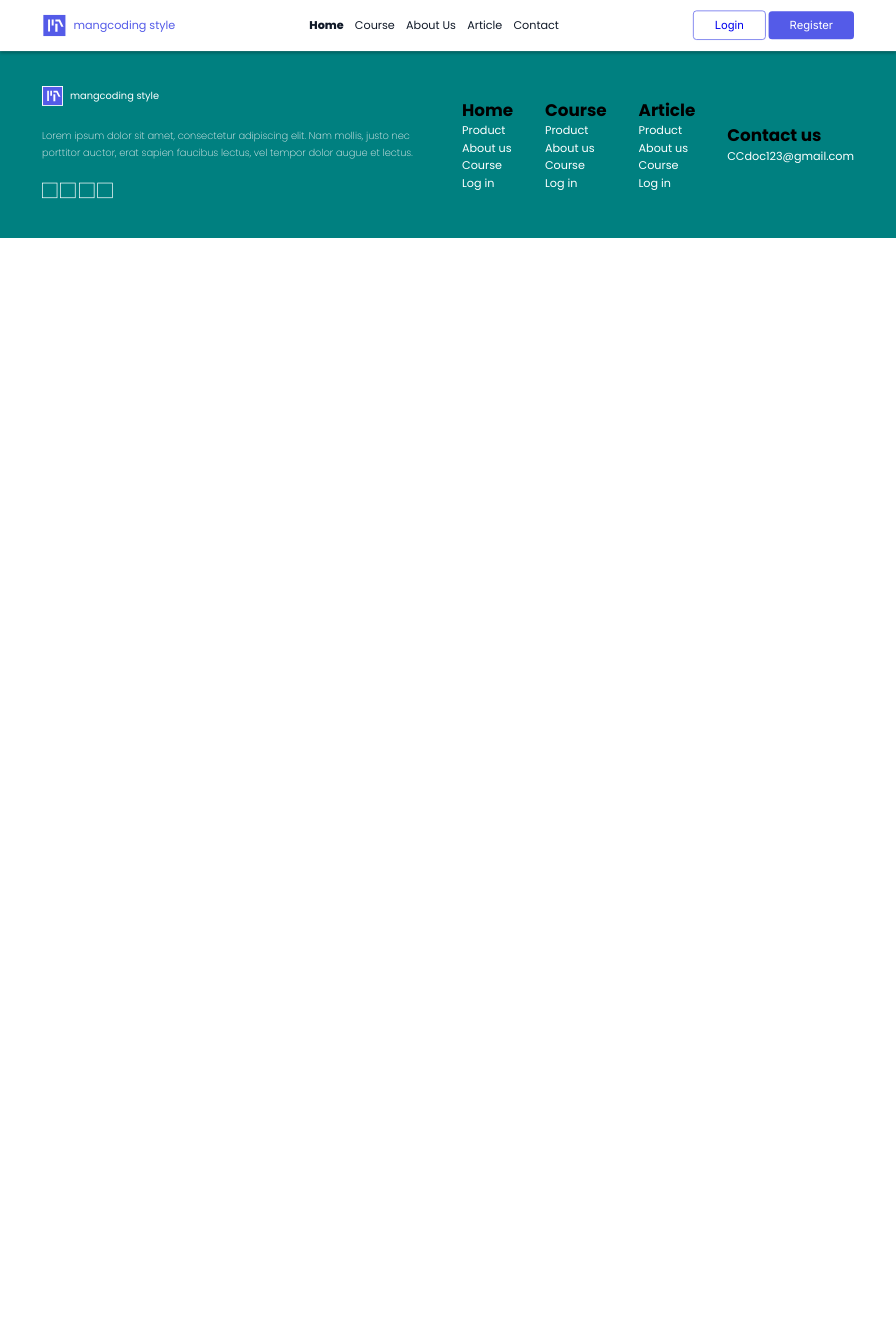
Repository: Dania-Alqam/landing-page
Page: index.html
The author's editor kept a copy of each file at every save. The page is drawn from the files as they stood at one save, then again after a run of saves.
The browser window is 1280 px wide. The pictures show the part of the page from y = 0 to 1920 px (the page is 5000 px tall), at 70% of full size.

Above is the page before, as saved 2024-06-22 00:03:39.

### index.html
<!DOCTYPE html>
<html lang="en">
  <head>
    <meta charset="UTF-8" />
    <meta name="viewport" content="width=device-width, initial-scale=1.0" />
    <title>Document</title>
    <link rel="stylesheet" href="./assests/css/main.css" />
  </head>
  <body>
    <header class="header">
      <div class="container">
        <div class="row">
          <div class="logo">
            <img src="./assests/images/public/Logo.svg" alt="logo" />
            <a href="#">mangcoding style</a>
          </div>
          <nav class="nav">
            <ul>
              <li>
                <a href="#" class="active">Home</a>
              </li>
              <li>
                <a href="#">Course</a>
              </li>
              <li>
                <a href="#">About Us</a>
              </li>
              <li>
                <a href="#">Article</a>
              </li>
              <li>
                <a href="#">Contact</a>
              </li>
            </ul>
          </nav>
          <div class="auth">
            <a href="#">Login</a>
            <a href="#">Register</a>
          </div>
        </div>
      </div>
    </header>

    <footer class="footer">
      <div class="container">
        <div class="row">
          <div class="footer-start">
            <div class="logo">
              <img src="./assests/images/public/Logo.svg" alt="logo" />
              <a href="#">mangcoding style</a>
            </div>
            <p>
              Lorem ipsum dolor sit amet, consectetur adipiscing elit. Nam
              mollis, justo nec porttitor auctor, erat sapien faucibus lectus,
              vel tempor dolor augue et lectus.
            </p>
            <div class="icons">
              <a href="#"><img src="./assests/images/public/facebok.svg" /></a>
              <a href="#"
                ><img src="./assests/images/public/instagram.svg"
              /></a>
              <a href="#"><img src="./assests/images/public/linkedin.svg" /></a>
              <a href="#"><img src="./assests/images/public/twitter.svg" /></a>
            </div>
          </div>
          <div class="footer-end">
            <div class="row">
              <div class="footer-item">
                <h2>
                    Home
                </h2>
                <ul>
                    <li>
                        <a href="#">Product</a>
                    </li>
                    <li>
                        <a href="#">About us</a>
                    </li>
                    <li>
                        <a href="#">Course</a>
                    </li>
                    <li>
                        <a href="#">Log in</a>
                    </li>
                </ul>
              </div>
              <div class="footer-item">
                <h2>
                    Course
                </h2>
                <ul>
                    <li>
                        <a href="#">Product</a>
                    </li>
                    <li>
                        <a href="#">About us</a>
                    </li>
                    <li>
                        <a href="#">Course</a>
                    </li>
                    <li>
                        <a href="#">Log in</a>
                    </li>
                </ul>
              </div>
              <div class="footer-item">
                <h2>
                    Article
                </h2>
                <ul>
                    <li>
                        <a href="#">Product</a>
                    </li>
                    <li>
                        <a href="#">About us</a>
                    </li>
                    <li>
                        <a href="#">Course</a>
                    </li>
                    <li>
                        <a href="#">Log in</a>
                    </li>
                </ul>
              </div>
              <div class="footer-item">
                <h2>
                    Contact us
                </h2>
                <ul>
                    <li>
                        <a href="#">CCdoc123@gmail.com</a>
                    </li>

              </div>
            </div>
          </div>
        </div>
      </div>
    </footer>
  </body>
</html>

### assests/css/main.css
@import url(./public.css);

/* start header */
.header{
    /* it will not work becuase we added contianer so we add row*/
    /* display: flex; */
    position: sticky;
    top: 0;
    box-shadow: 0px 4px 4px rgba(0, 0, 0, 0.25);
    padding: 20px 0 ;
}

.nav ul{
    display: flex;
    flex-wrap: wrap;
    gap: 16px;
}
.header .logo{
    display: flex;
    flex-wrap: wrap;
    align-items: center;
    gap: 10px;
}
.header .logo img{
    width: 35px;
}

.header .logo a{
color: var(--mainColor);
}

.header .nav a{
    color: #101928;
}

.header .nav a:hover{
    color: var(--mainColor);
}
/* For the home bold*/
.active{
font-weight: 800;
}
/* common properities*/
.header .auth a{
    font-family: var(--subFont);
    padding: 10px 30px;
    border-radius: 5px;

}
.header .auth a:first-of-type{
    border: 1px solid var(--mainColor);
}
.header .auth a:last-of-type{
    background-color: var(--mainColor);
    color: white;
}
@media (max-width:900px) {
    .header .nav{
        display: none;
    }
}
/* end header */

/* start footer */
.footer{
    background-color: teal;
    padding: 50px 0;
}

.footer a{
    color: #fff;
}

.footer .footer-start,.footer .footer-end{
    width: calc((100% - 40px) / 2);
}

.footer .row{
    gap: 40px;
}

.footer .footer-start{
    display: flex;
    flex-direction: column;
    gap: 30px;
    flex-wrap: wrap
}

.footer .footer-start .logo{
    display: flex;
    flex-wrap: wrap;
    gap: 10px;
    align-items: center;
}
.footer .footer-start .logo img{
    width: 30px;
}
.footer .footer-start .logo a{
    font-size: 14px;
}
.footer .footer-start  p{
    color: #F4F4F4;
    line-height: 25px;
    font-size: 14px;
    font-weight: 200;
}
.footer .footer-start .icons img{
    width: 15px;
    height: 15px;
    border: 1px solid #fff;
    padding: 10px;
}
/* end footer */

### assests/css/public.css
@import url('https://fonts.googleapis.com/css2?family=Poppins:ital,wght@0,100;0,200;0,300;0,400;0,500;0,600;0,700;0,800;0,900;1,100;1,200;1,300;1,400;1,500;1,600;1,700;1,800;1,900&display=swap');
@import url('https://fonts.googleapis.com/css2?family=Inter:wght@100..900&display=swap');

*{
    margin: 0;
    padding: 0;
    box-sizing: border-box;
}
:root{
    --mainFont: "Poppins", sans-serif;
    --subFont:  "Inter", sans-serif;
    --mainColor: #545BE8;

}
body{
    font-family: var(--mainFont);
    height: 5000px;
}
a{
    text-decoration: none;
}
ul{
    list-style: none;
}
.row{
    display: flex;
    justify-content: space-between;
    align-items: center;
    flex-wrap: wrap;

}

.container{
    /* width from fugma is 60px from each side*/
    width: calc(100% - 120px);
    margin: auto;
}

After the next 2 saves:
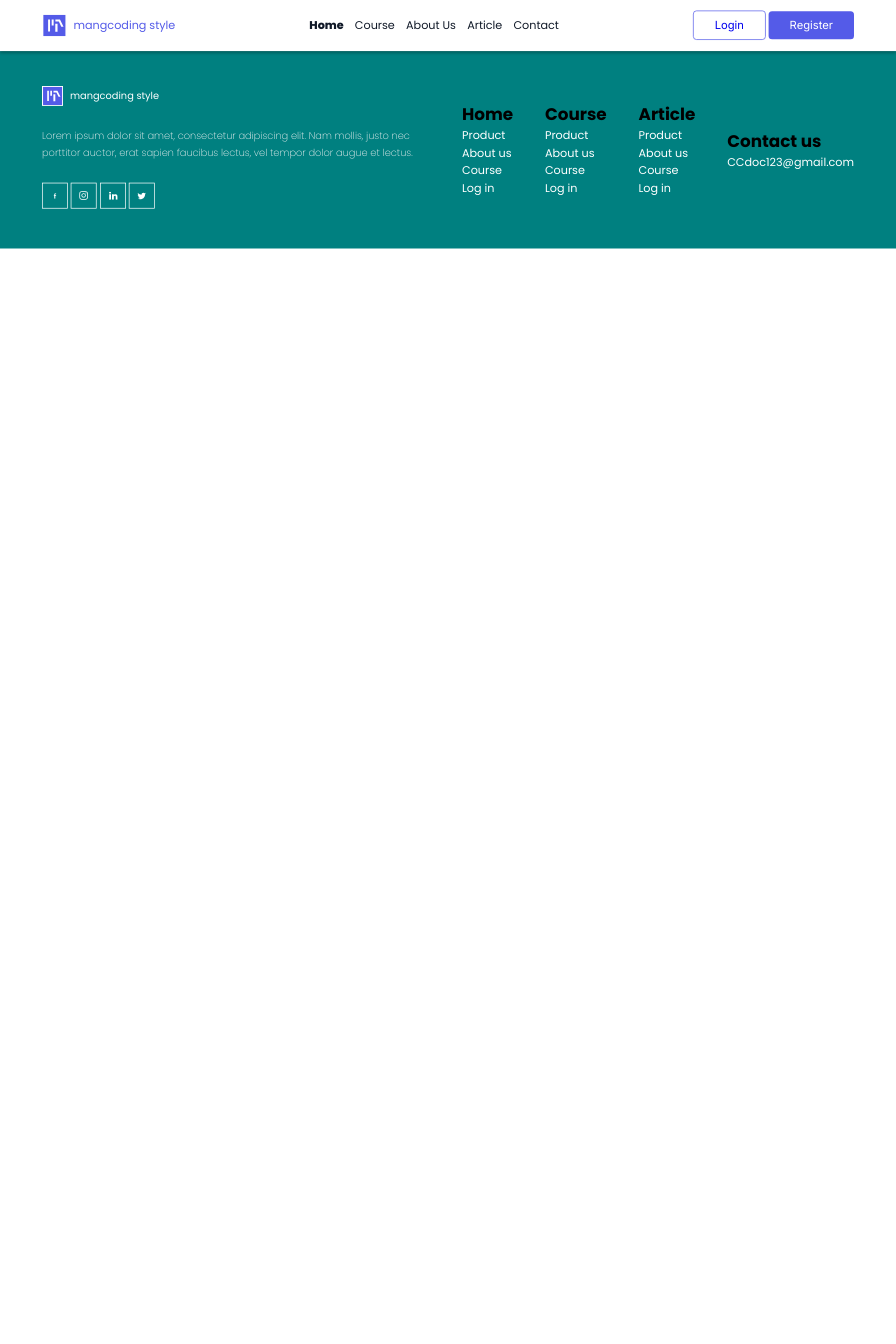
The 2 saves are shown as one change because they came seconds apart.
The last was saved 107 s later.
--- a/assests/css/main.css
+++ b/assests/css/main.css
@@ -109,5 +109,6 @@ font-weight: 800;
     height: 15px;
     border: 1px solid #fff;
     padding: 10px;
+    box-sizing: content-box;
 }
 /* end footer */
